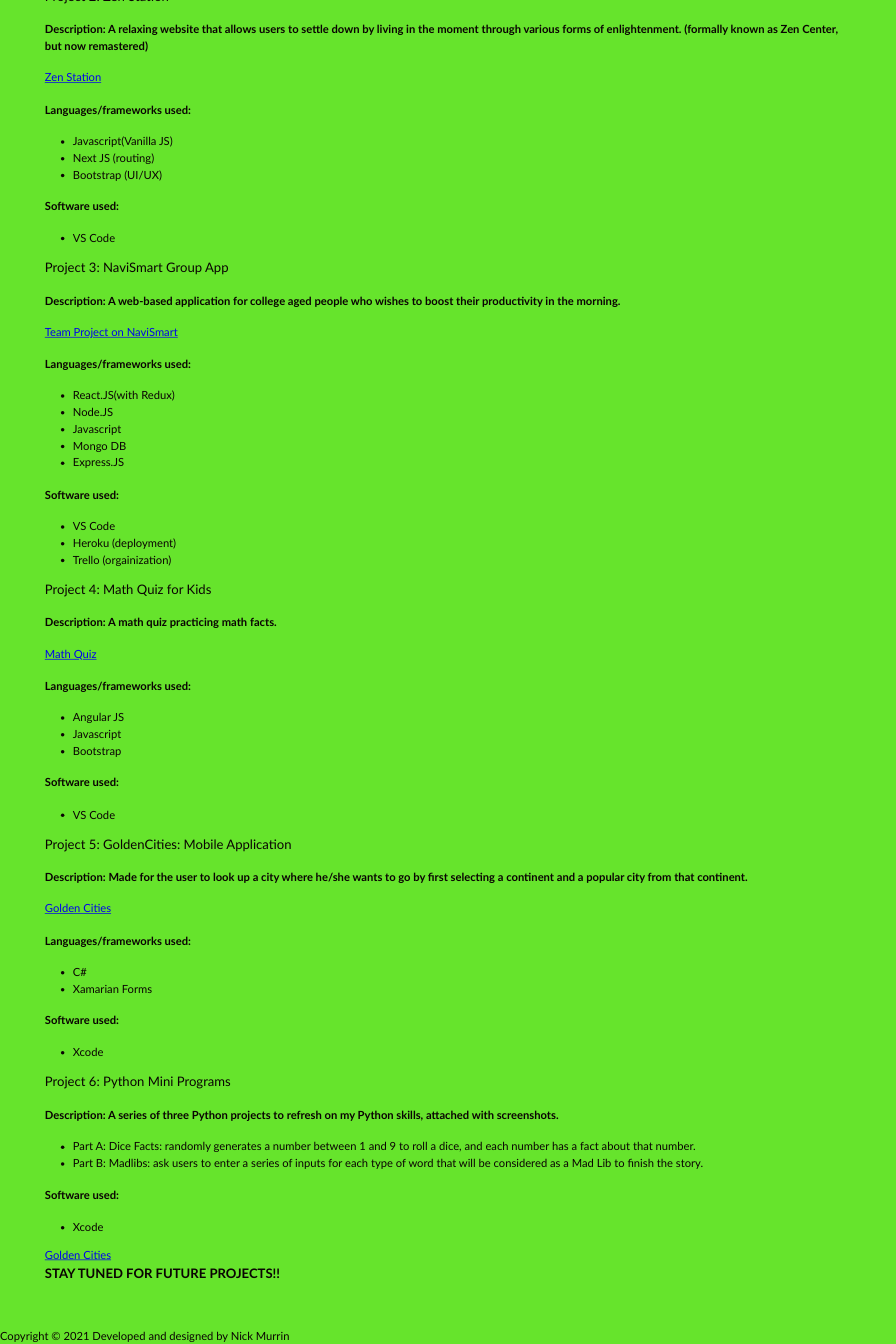
Repository: collegedude9300/modernport
Page: about.html
The author's editor kept a copy of each file at every save. The page is drawn from the files as they stood at one save, then again after the next save.
The browser window is 1280 px wide. The pictures show the part of the page from y = 816 to 2736 px (the page is 2736 px tall before and 2434 px after), at 70% of full size.

Above is the page before, as saved 2022-10-21 17:37:27.

### about.html
<!DOCTYPE html>
<html lang="en">
<head>
  <meta charset="UTF-8">
  <meta name="viewport" content="width=device-width, initial-scale=1.0">
  <meta http-equiv="X-UA-Compatible" content="ie=edge">
  <link rel="stylesheet" href="css/main.css">
  <title>Portfolio</title>
</head>
<body>
<header>
<div class="menu-btn">
<div class="btn-line"></div>
<div class="btn-line"></div>
<div class="btn-line"></div>
</div>

<nav class="menu">
<div class="menu-branding">
<div class="portrait"></div>
</div>

<ul class="menu-nav">
<li class="nav-item">
<a href="index.html" class="nav-link">
Home
</a>
</li>

<li class="nav-item current">
<a href="about.html" class="nav-link">
About Me
</a>
</li>



<li class="nav-item">
<a href="contact.html" class="nav-link">
Contact Me
</a>
</li>
</ul>
</nav>
</header>
<main id="home">

<h1 class="lg-heading">
About Me:
</h1>
    <div class="about-info">
      <div class="bio">
        <p>My name is Nick Murrin and I am a Computer Science graduate of California State University San Marcos.
        I also have a certification in web development, specifically in Full Stack Web Developement.
        My  current expertise is in Front End Web Development.
        I take pride in my  work, and I am always available to help people with their websites.
        </p>
      </div>
      <div class="project1">
        <h3>Project 1: Education Station </h3>
        <h4>Description: An educational website that reinforces early education for younger kids.</h4>
        <a href="https://educationstation.vercel.app/ "/>Education Station </a>
<h4> Languages/frameworks used: </h4>
<ul>
  <li>Javascript (Vanilla JS)</li>
  <li>Bootstrap</li>
</ul>
<h4> Software used: </h4>
<ul>
<li> Notepad ++  </li>
</ul>
      </div>
      <div class="project2">
        <h3>Project 2: Zen Station</h3>
        <h4>Description: A relaxing website that allows users to settle down by living in the moment through various forms of enlightenment.
          (formally known as Zen Center, but now remastered)</h4>
        <a href="https://zenstationnext.vercel.app/"/> Zen Station </a>
<h4> Languages/frameworks used: </h4>
<ul>
  <li>Javascript(Vanilla JS)</li>
  <li>Next JS (routing)</li>
  <li>Bootstrap (UI/UX)</li>
</ul>
<h4> Software used: </h4>
<ul>
<li> VS Code  </li>
</ul>
      </div>
      <div class="project3">
        <h3>Project 3: NaviSmart Group App</h3>
        <h4>Description: A web-based application for college aged people who wishes to boost their productivity in the morning.
        </h4>
        <a href="https://github.com/Willhanau/FigNeutrons">Team Project on NaviSmart</a>
 <h4> Languages/frameworks used: </h4>
<ul>
  <li>React.JS(with Redux)</li>
  <li>Node.JS</li>
  <li>Javascript</li>
  <li> Mongo DB  </li>
  <li>Express.JS</li>
</ul>
<h4> Software used: </h4>
<ul>
<li> VS Code  </li>
<li> Heroku (deployment)  </li>
<li> Trello (orgainization)  </li>
</ul>
</div>

<div class="project4">
        <h3>Project 4: Math Quiz for Kids</h3>
        <h4>Description: A math quiz practicing math facts.</h4>
        <a href="https://mathquiz-sigma.vercel.app/"/> Math Quiz </a>
<h4> Languages/frameworks used: </h4>
<ul>
  <li>Angular JS</li>
  <li>Javascript</li>
  <li>Bootstrap</li>
</ul>
<h4> Software used: </h4>
<ul>
<li> VS Code  </li>
</ul>
      </div>
</div>
<div class="project5">
        <h3>Project 5: GoldenCities: Mobile Application</h3>
        <h4>Description: Made for the user to look up a city where he/she wants to go by first selecting a continent and a popular city from that continent.</h4>
        <a href="https://github.com/collegedude9300/goldencity"/> Golden Cities </a>
<h4> Languages/frameworks used: </h4>
<ul>
  <li>C#</li>
  <li>Xamarian Forms</li>
</ul>
<h4> Software used: </h4>
<ul>
<li> Xcode  </li>
</ul>
      </div>
</div>
<div class="project6">
        <h3>Project 6: Python Mini Programs</h3>
        <h4>Description: A series of three Python projects to refresh on my Python skills, attached with screenshots.</h4>
<ul>
  <li>Part A: Dice Facts: randomly generates a number between 1 and 9 to roll a dice, and each number has a fact about that number. </li>
  <a href="https://github.com/collegedude9300/factdice"/> </a>
  <li>Part B: Madlibs:  ask users to enter a series of inputs for each type of word that will be considered as a Mad Lib to finish the story.</li>
</ul>
<h4> Software used: </h4>
<ul>
<li> Xcode  </li>
</ul>
<a href="https://github.com/collegedude9300/goldencity"/> Golden Cities </a>
      </div>
</div>
<h3> <b>STAY TUNED FOR FUTURE PROJECTS!! </b></h3>
</main>
  <footer id="main-footer">
  Copyright &copy; 2021
  Developed and designed by Nick Murrin
  </footer>
<script src="js/main.js"> </script>
</body>
</html>

### css/main.css
.menu-btn {
  position: absolute;
  z-index: 3;
  right: 35px;
  top: 35px;
  cursor: pointer;
  transition: all 0.5s ease-out; }
  .menu-btn .btn-line {
    width: 28px;
    height: 3px;
    margin: 0 0 5px 0;
    background: #000;
    transition: all 0.5s ease-out; }
  .menu-btn.close {
    transform: rotate(180deg); }
    .menu-btn.close .btn-line:nth-child(1) {
      transform: rotate(45deg) translate(5px, 5px); }
    .menu-btn.close .btn-line:nth-child(2) {
      opacity: 0; }
    .menu-btn.close .btn-line:nth-child(3) {
      transform: rotate(-45deg) translate(7px, -6px); }

.menu {
  position: fixed;
  top: 0;
  width: 100%;
  opacity: 0.9;
  visibility: hidden; }
  .menu.show {
    visibility: visible; }
  .menu-branding, .menu-nav {
    display: flex;
    flex-flow: column wrap;
    align-items: center;
    justify-content: center;
    float: left;
    width: 50%;
    height: 100vh;
    overflow: hidden; }
  .menu-nav {
    margin: 0;
    padding: 0;
    background: #f6a205;
    list-style: none;
    transform: translate3d(0, -100%, 0);
    transition: all 0.5s ease-out; }
    .menu-nav.show {
      transform: translate3d(0, 0, 0); }
  .menu-branding {
    background: #faac1b;
    transform: translate3d(0, 100%, 0);
    transition: all 0.5s ease-out; }
    .menu-branding.show {
      transform: translate3d(0, 0, 0); }
    .menu-branding .portrait {
      width: 250px;
      height: 250px; }
  .menu .nav-item {
    transform: translate3d(600px, 0, 0);
    transition: all 0.5s ease-out; }
    .menu .nav-item.show {
      transform: translate3d(0, 0, 0); }
  .menu .nav-link {
    display: inline-block;
    position: relative;
    font-size: 30px;
    text-transform: uppercase;
    padding: 1rem 0;
    font-weight: 300;
    color: #000;
    text-decoration: none;
    transition: all 0.5s ease-out; }

.nav-item:nth-child(1) {
  transition-delay: 0.1s; }

.nav-item:nth-child(2) {
  transition-delay: 0.2s; }

.nav-item:nth-child(3) {
  transition-delay: 0.3s; }

.nav-item:nth-child(4) {
  transition-delay: 0.4s; }

@media screen and (min-width: 1171px) {
  .projects {
    grid-template-columns: repeat(4, 1fr); } }

@media screen and (min-width: 769px) and (max-width: 1170px) {
  .projects {
    grid-template-columns: repeat(3, 1fr); } }

@media screen and (max-width: 768px) {
  main {
    align-items: center;
    text-align: center; }
    main .lg-heading {
      line-height: 1;
      margin-bottom: 1rem; }
  ul.menu-nav,
  div.menu-branding {
    float: none;
    width: 100%;
    min-height: 0; }
    ul.menu-nav.show,
    div.menu-branding.show {
      transform: translate3d(0, 0, 0); }
  .menu-nav {
    height: 75vh;
    transform: translate3d(-100%, 0, 0);
    font-size: 24px; }
  .menu-branding {
    height: 25vh;
    transform: translate3d(100%, 0, 0); }
    .menu-branding .portrait {
      width: 150px;
      height: 150px; }
  .about-info {
    grid-template-areas: 'bioimage'
 'bio'
 'job1'
 'job2'
 'job3';
    grid-template-columns: 1fr; }
  .projects {
    grid-template-columns: repeat(2, 1fr); } }

@media screen and (max-width: 500px) {
  main {
    padding: 2rem; }
    main #home h1 {
      margin-top: 10vh; }
    main .lg-heading {
      margin-top: 1rem;
      font-size: 5rem; }
  .projects {
    grid-template-columns: 1fr; } }

* {
  box-sizing: border-box; }

body {
  background: #66e42c;
  color: #0a0303;
  height: 100%;
  margin: 0;
  font-family: 'Trebuchet MS', 'Lucida Sans Unicode', 'Lucida Grande', 'Lucida Sans', Arial, sans-serif;
  line-height: 1.5; }

.transition1 {
  width: 150px;
  height: 150px;
  background: red;
  transition: width 3s; }

.transition2 {
  width: 150px;
  height: 150px;
  background: #12e7ee;
  transition: width 3s; }

.transition3 {
  width: 150px;
  height: 150px;
  background: #e7d918;
  transition: width 3s; }

.transition4 {
  width: 150px;
  height: 150px;
  background: rgba(238, 150, 18, 0.753);
  transition: width 3s; }

.myTitle {
  padding: 50px;
  margin: 20px;
  font-size: 30px;
  font-family: Cambria, Cochin, Georgia, Times, 'Times New Roman', serif;
  color: #1133ca; }

h1, h2, h3 {
  margin: 0;
  font-weight: 400; }

.lg-heading {
  font-size: 6rem; }

header {
  position: relative;
  z-index: 2; }

main {
  padding: 4rem;
  height: 100%; }
  main#home {
    overflow: hidden; }
  main h1 {
    margin-top: 20vh; }

### js/main.js
// Select DOM Items
const menuBtn = document.querySelector('.menu-btn');
const menu = document.querySelector('.menu');
const menuNav = document.querySelector('.menu-nav');
const menuBranding = document.querySelector('.menu-branding');
const navItems = document.querySelectorAll('.nav-item');

// Set Initial State Of Menu
let showMenu = false;

menuBtn.addEventListener('click', toggleMenu);

function toggleMenu() {
  if (!showMenu) {
    menuBtn.classList.add('close');
    menu.classList.add('show');
    menuNav.classList.add('show');
    menuBranding.classList.add('show');
    navItems.forEach(item => item.classList.add('show'));

    // Set Menu State
    showMenu = true;
  } else {
    menuBtn.classList.remove('close');
    menu.classList.remove('show');
    menuNav.classList.remove('show');
    menuBranding.classList.remove('show');
    navItems.forEach(item => item.classList.remove('show'));

    // Set Menu State
    showMenu = false;
  }
}

After the next save:
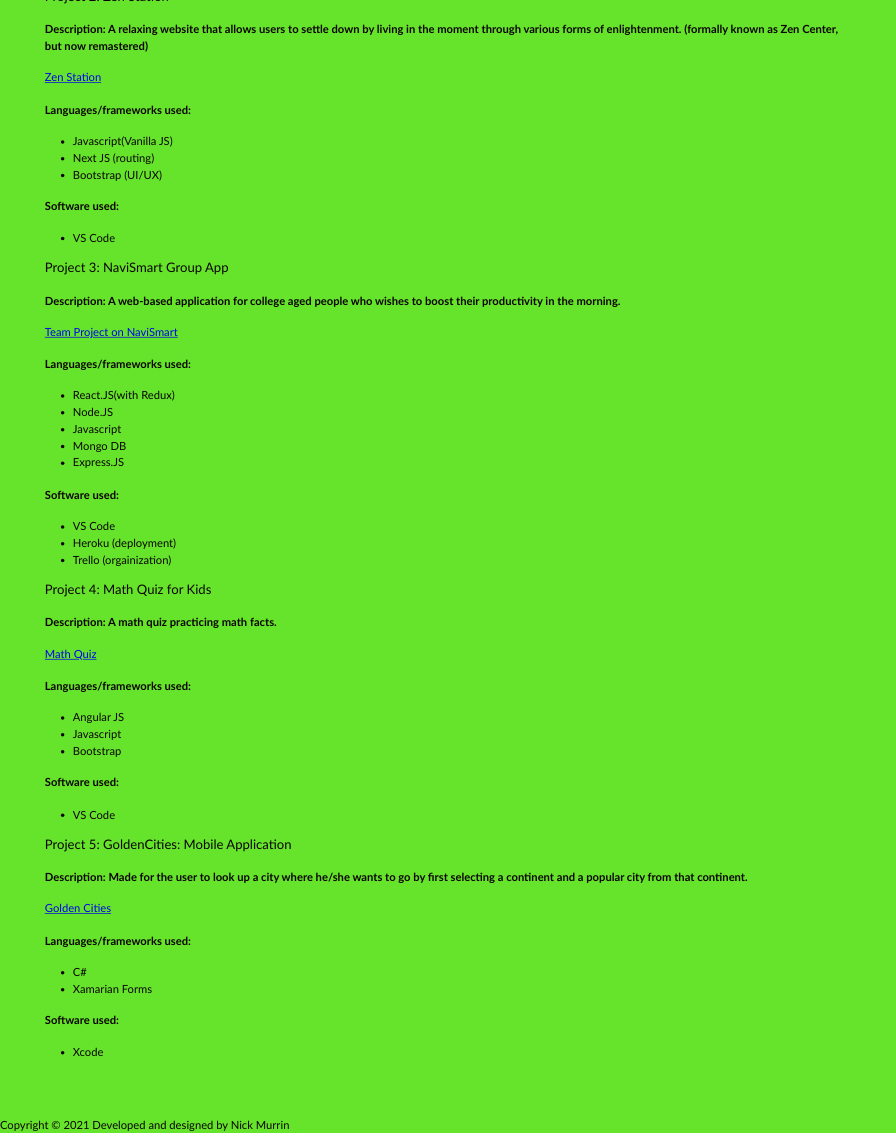
Saved 73 s later.
--- a/about.html
+++ b/about.html
@@ -138,22 +138,6 @@ About Me:
 </ul>
       </div>
 </div>
-<div class="project6">
-        <h3>Project 6: Python Mini Programs</h3>
-        <h4>Description: A series of three Python projects to refresh on my Python skills, attached with screenshots.</h4>
-<ul>
-  <li>Part A: Dice Facts: randomly generates a number between 1 and 9 to roll a dice, and each number has a fact about that number. </li>
-  <a href="https://github.com/collegedude9300/factdice"/> </a>
-  <li>Part B: Madlibs:  ask users to enter a series of inputs for each type of word that will be considered as a Mad Lib to finish the story.</li>
-</ul>
-<h4> Software used: </h4>
-<ul>
-<li> Xcode  </li>
-</ul>
-<a href="https://github.com/collegedude9300/goldencity"/> Golden Cities </a>
-      </div>
-</div>
-<h3> <b>STAY TUNED FOR FUTURE PROJECTS!! </b></h3>
 </main>
   <footer id="main-footer">
   Copyright &copy; 2021
